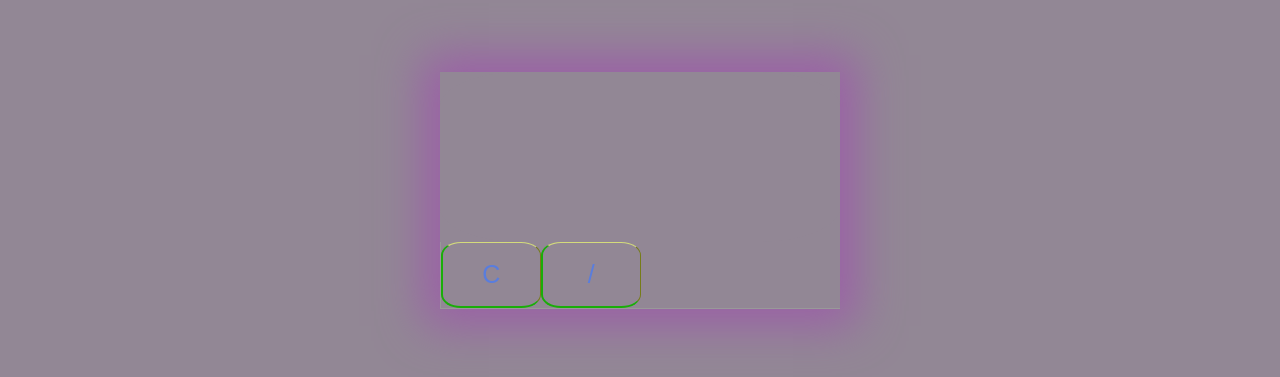
Repository: LuisMiLR/Calculatrice-with-JS---HTML---CSS-
Page: index.html
The author's editor kept a copy of each file at every save. The page is drawn from the files as they stood at one save, then again after the next save.
The browser window is 1280 px wide. The pictures show the whole page.

Above is the page before, as saved 2023-03-20 21:31:01.
Console error: ReferenceError: bouton2 is not defined

### index.html
<!DOCTYPE html>
<html lang="fr">
<head>
    <meta charset="UTF-8">
    <meta http-equiv="X-UA-Compatible" content="IE=edge">
    <meta name="viewport" content="width=device-width, initial-scale=1.0">
    <title>Calculator with javascript</title>
    <link rel="stylesheet" href="./style.css">

</head>
<body>
    <div class="container"></div>
    <script src="app.js" type="module"></script>
</body>
</html>

### style.css
*{
    padding: 0;
    margin: 0;
    font-family: sans-serif;
    box-sizing: border-box;
    background-color: rgb(146, 135, 149);
}
.container {
    max-width: 400px;
    margin: 10vh auto 0 auto;
    box-shadow: 0px 0px 43px 17px rgb(155, 96, 167);
}

#display {
    text-align: right;
    height: 170px;
    border: #999;
    border-radius: 20%;
    line-height: 70px;
    padding: 16px 8px;
    font-size: 25px;
}

.buttons {
    display: grid;
    border-bottom: 1px solid #999;
    border-left: 1px solid#999;
    color: rgb(89, 125, 222);
    grid-template-columns: 1fr 1fr 1fr 1fr;
}

.buttons > div {
    border-top: 1px solid #d4db7b;
    border-right: 1px solid#767c18;
}

.bouton,
.bouton1,
.bouton2,
.bouton3,
.bouton4,
.bouton5,
.bouton6,
.bouton7,
.bouton8,
.bouton9,
.bouton10,
.bouton11,
.bouton12,
.bouton13,
.bouton14,
.bouton15,
.bouton16,
.bouton17,
.bouton18,
.bouton19
{
    border: 2.5px solid #19ae08;
    line-height: 63px;
    border-radius: 20%;
    text-align: center;
    font-size: 25px;
    cursor: pointer;
}

#egal {
    background-color: rgb(40, 40, 141);
    color: white;
}

.bouton:hover,
.bouton1:hover,
.bouton2:hover,
.bouton3:hover,
.bouton4:hover,
.bouton5:hover,
.bouton6:hover,
.bouton7:hover,
.bouton8:hover,
.bouton9:hover,
.bouton10:hover,
.bouton11:hover,
.bouton12:hover,
.bouton13:hover,
.bouton14:hover,
.bouton15:hover,
.bouton16:hover,
.bouton17:hover,
.bouton18:hover,
.bouton19:hover {
    background-color: rgb(105, 42, 126);
    transition: 0.5s ease-in-out;
}

### app.js
//document.addEventListener('DOMContentLoaded', () => {
const container = document.querySelector('.container');

const divId = document.createElement("div");
container.appendChild(divId);
divId.id = 'display';

let buttons = document.createElement("div");
buttons.classList.add("buttons");
container.appendChild(buttons);

const button = document.createElement('div');
button.className = "bouton";
button.textContent = "C";
buttons.appendChild(button);

const button1 = document.createElement('div');
button1.className = "bouton1";
button1.textContent = "/";
buttons.appendChild(button1);

const button2 = document.createElement('div');
button2.className = "bouton2";
button2.textContent = "*";
buttons.appendChild(bouton2);

const button3 = document.createElement('div');
button3.className = "bouton3";
button3.textContent = "CE";
buttons.appendChild(bouton3);

const button4 = document.createElement('div');
button4.className = "bouton4";
button4.textContent = "7";
buttons.appendChild(bouton4);

const button5 = document.createElement('div');
button5.className = "bouton5";
button5.textContent = "8";
buttons.appendChild(bouton5);

const button6 = document.createElement('div');
button6.className = "bouton6";
button6.textContent = "9";
buttons.appendChild(bouton6);

const button7 = document.createElement('div');
button7.className = "bouton7";
button7.textContent = "-";
buttons.appendChild(bouton7);

const button8 = document.createElement('div');
button8.className = "bouton8";
button8.textContent = "4";
buttons.appendChild(bouton8);

const button9 = document.createElement('div');
button9.className = "bouton9";
button9.textContent = "5";
buttons.appendChild(bouton9);

const button10 = document.createElement('div');
button10.className = "bouton10";
button10.textContent = "6";
buttons.appendChild(bouton10);

const button11 = document.createElement('div');
button11.className = "bouton11";
button11.textContent = "+";
buttons.appendChild(boutn11);

const button12 = document.createElement('div');
button12.className = "bouton12";
button12.textContent = "1";
buttons.appendChild(bouton12);

const button13 = document.createElement('div');
button13.className = "bouton13";
button13.textContent = "2";
buttons.appendChild(bouton13);

const button14 = document.createElement('div');
button14.className = "bouton14";
button14.textContent = "3";
buttons.appendChild(bouton14);

const button15 = document.createElement('div');
button15.className = "bouton15";
button15.textContent = ".";
buttons.appendChild(bouton15);

const button16 = document.createElement('div');
button16.className = "bouton16";
button16.textContent = "(";
buttons.appendChild(bouton16);

const button17 = document.createElement('div');
button17.className = "bouton17";
button17.textContent = "0";
buttons.appendChild(bouton17);

const button18 = document.createElement('div');
button18.className = "bouton18";
button18.textContent = ")";
buttons.appendChild(bouton18);

const button19 = document.createElement("div");
button19.className = "bouton19";
button19.id = "egal";
button19.textContent = "=";
buttons.appendChild(bouton19);

let display = document.getElementById('display');
buttons = document.getElementsByClassName('bouton');
console.log(buttons);

/*buttons = Array.from(document.getElementsByClassName('bouton, bouton1, bouton2, bouton3, bouton4, bouton5, bouton6, bouton7, bouton8; bouton9, bouton10,bouton11, bouton12, bouton13, bouton14, bouton15, bouton16, bouton17, bouton18, bouton19'));

buttons.map( button => {
    button.addEventListener('click', (e) => {
        switch(e.target.innerText){
            case 'C':
                display.innerText = '';
                break;
            case 'CE':
                if(display.innerText){
                    display.innerText = display.innerText.slice(0,-1);
                }
                break;
            case '=':
                try{
                    display;innerText = eval(display.innerText);
                } catch {
                    display;innerText = 'Error';
                }
                break;
            default:
                display.innerText += e.target.innerText;
        }
    });
});*/

After the next save:
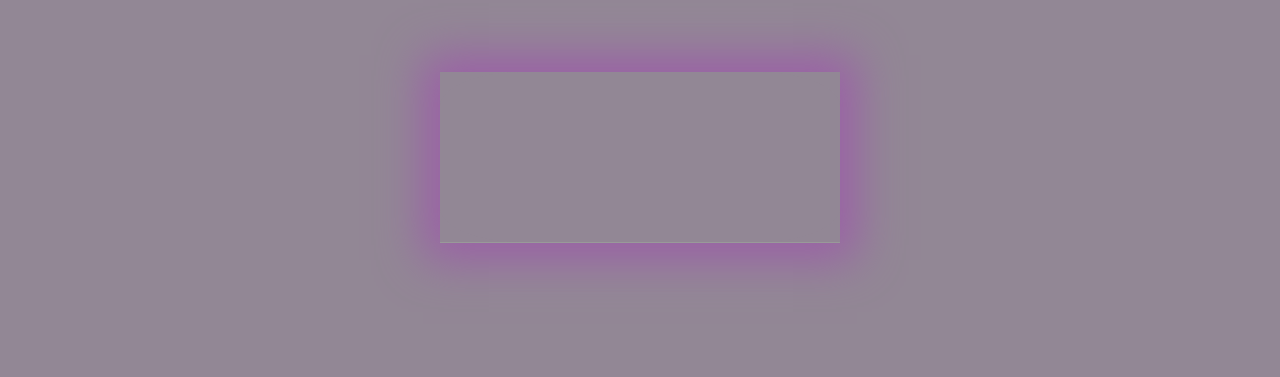
Console error (its wording comes from the project's code and is left out).
Saved 68 s later.
--- a/app.js
+++ b/app.js
@@ -12,7 +12,7 @@
 const button = document.createElement('div');
 button.className = "bouton";
 button.textContent = "C";
-buttons.appendChild(button);
+buttons.appendChild(buttons);
 
 const button1 = document.createElement('div');
 button1.className = "bouton1";

After the save that followed:
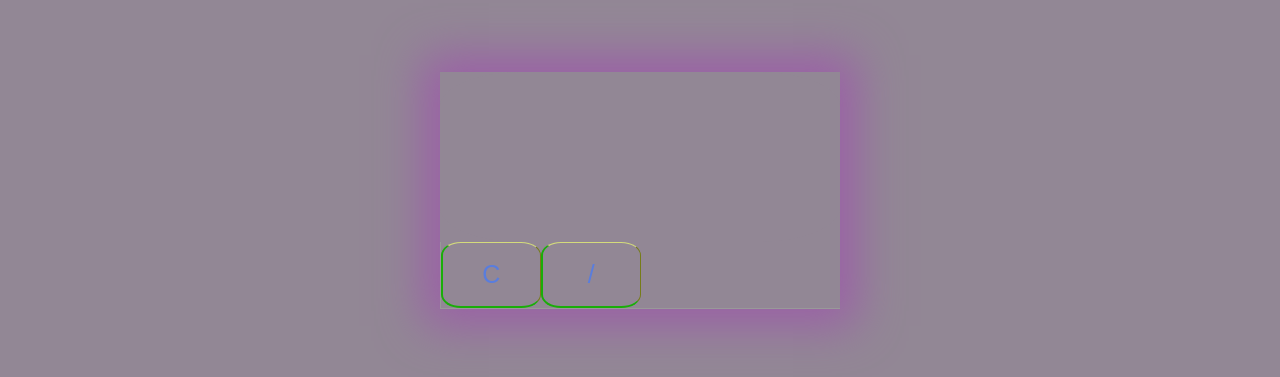
Console error: ReferenceError: bouton2 is not defined
Saved 6 s later.
--- a/app.js
+++ b/app.js
@@ -12,7 +12,7 @@
 const button = document.createElement('div');
 button.className = "bouton";
 button.textContent = "C";
-buttons.appendChild(buttons);
+buttons.appendChild(button);
 
 const button1 = document.createElement('div');
 button1.className = "bouton1";
